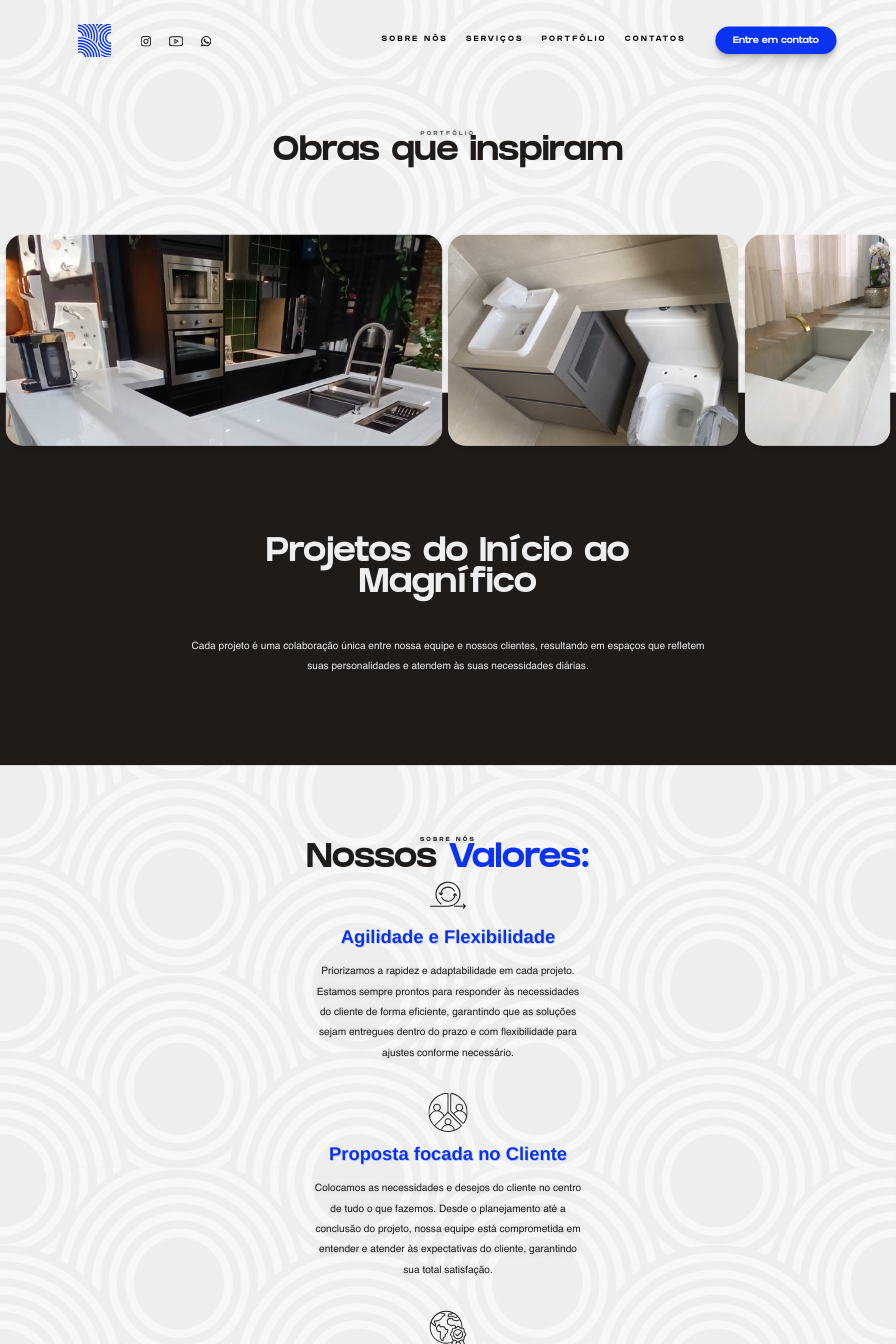
Repository: lucastdcs/ReforMar
Page: /portfolio
These files come from the project's save history. The page is drawn as it stood at one moment and after the next save; the edit follows.
The browser window is 1280 px wide. The pictures show the part of the page from y = 0 to 1920 px (the page is 6353 px tall before and 720 px after), at 70% of full size.
Backgrounds fixed to the window are drawn as part of the page. The project was rebuilt for these pictures with package versions that can differ from the ones it lists, and the page was loaded fresh each time. Also part of the build but not shown: vite.config.js, src/Components/EmailPopUp/EmailPopUp.styled.js, src/Components/EmailPopUp/EmailPopUp.jsx, src/Components/Card/Card.styled.js, src/Components/Card/Card.jsx, src/Components/ServicesCard/ServicesCard.styled.js, src/Components/ServicesCard/ServicesCard.jsx, src/Components/Badges/Badges.styled.js and 9 more.

Above is the page before, as saved 2024-10-11 13:02:58.

After the next save:
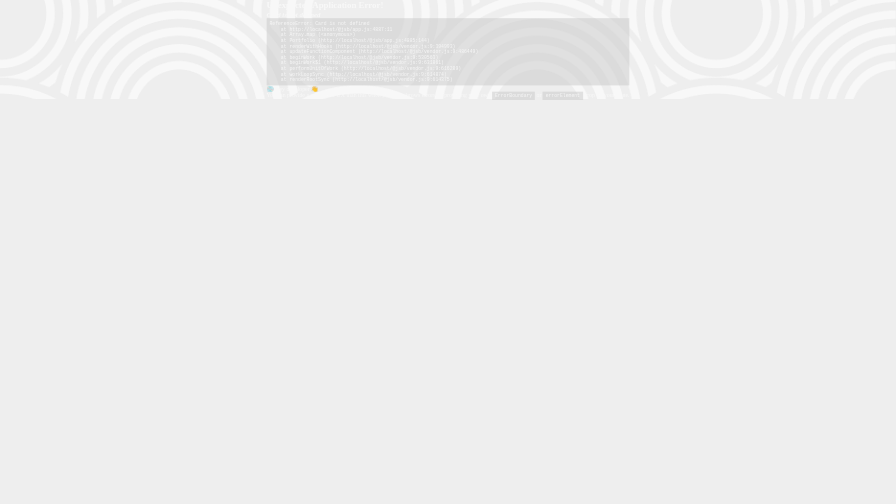
Console error: ReferenceError: Card is not defined
Saved 15 s later.
--- a/src/Pages/Portfolio.jsx
+++ b/src/Pages/Portfolio.jsx
@@ -171,7 +171,23 @@ const Portfolio = () => {
         </div>
         <CarouselNew className="portfolio_carousel_inner">
           {projects.map(project =>{
-
+            <Card
+            className="project_card"
+            img={thumbnailUrl1}
+            title="Cuba de Cozinha"
+            feedbackStars="4"
+            rating={4}
+            duration="1 Semana"
+            year="2023"
+            area="30m²"
+            type="Residência"
+            location="Santos - SP"
+            description="Reforma de paredes, pisos, instalações de lustres e superfícies de mármore"
+            overlay
+            images={imageUrls1}
+            antes={beforeAndAfter1.antes}
+            depois={beforeAndAfter1.depois}
+          />
           })}
           {/* <Card
             className="project_card"
